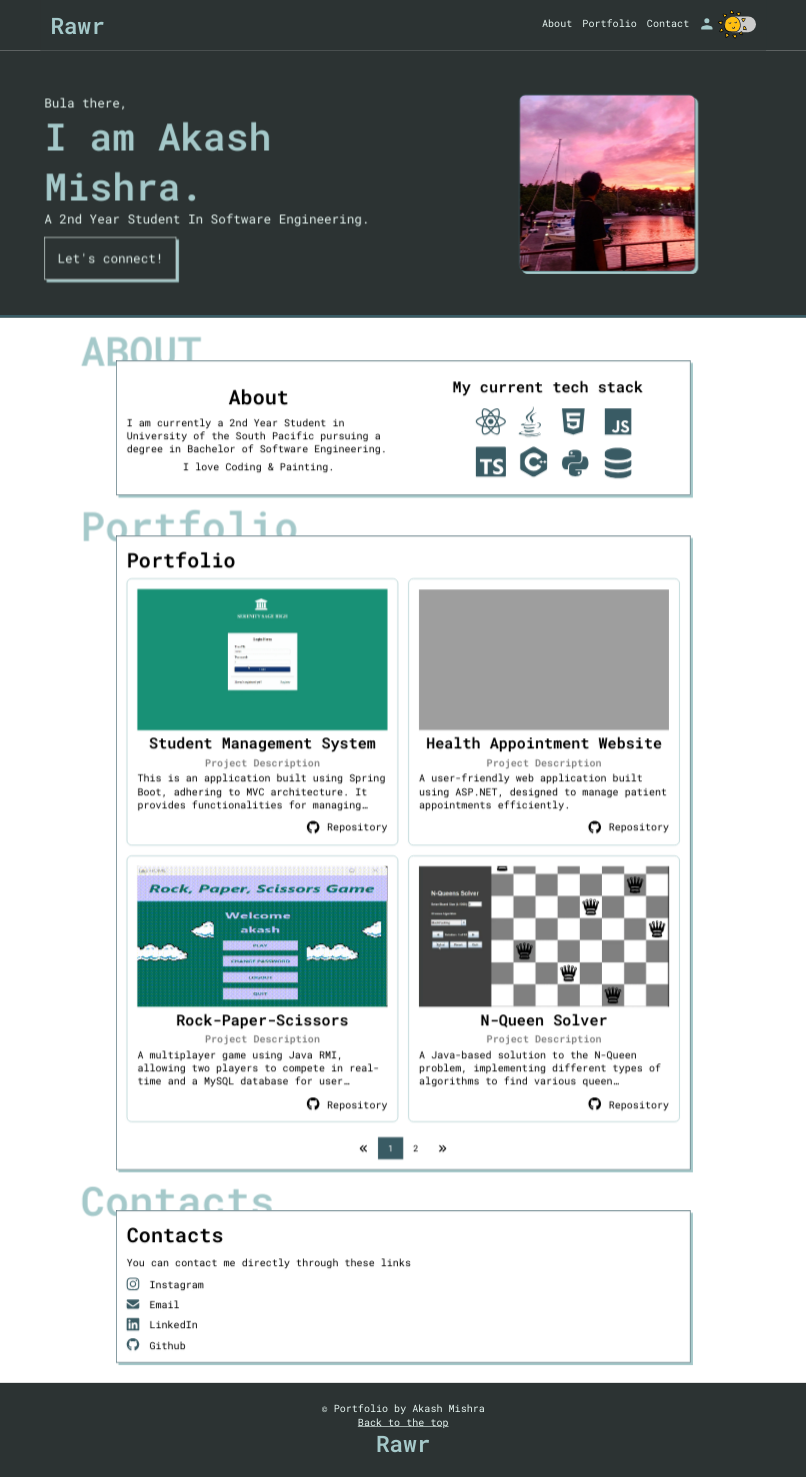
Repository: akashrawr/portfolio
Page: /
The author's editor kept a copy of each file at every save. The page is drawn from the files as they stood at one save, then again after the next save.
The browser window is 1280 px wide. The pictures show the whole page, at 63% of full size.
Pictures or frames that could not be fetched are drawn as grey boxes. The project was rebuilt for these pictures with package versions that can differ from the ones it lists, and the page was loaded fresh each time.

Above is the page before, as saved 2025-01-01 20:58:11.

After the next save:
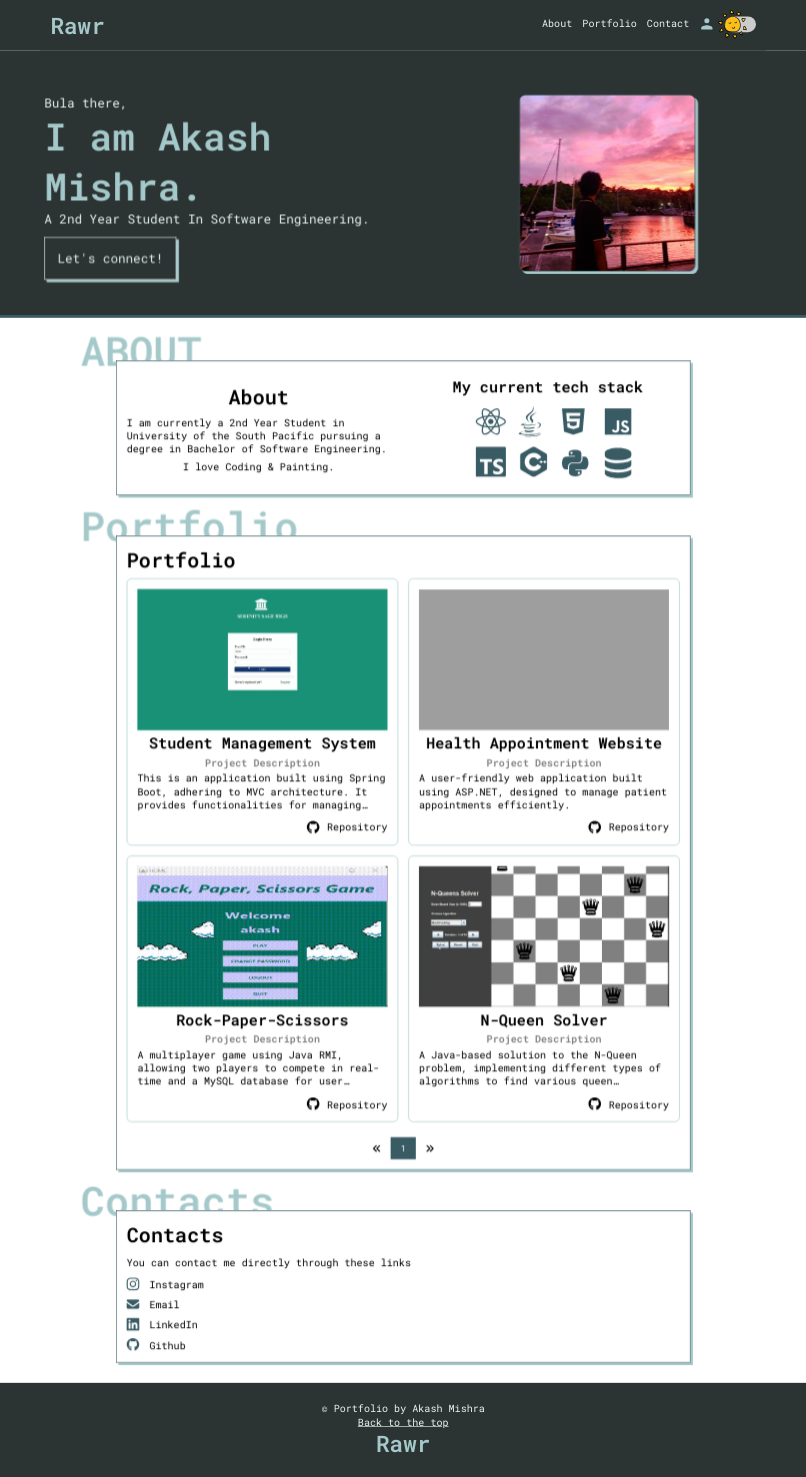
Saved 19 s later.
--- a/src/data/projects.js
+++ b/src/data/projects.js
@@ -20,21 +20,12 @@ export const projects = [
       description: 'A multiplayer game using Java RMI, allowing two players to compete in real-time and a MySQL database for user tracking.',
       repoLink: 'https://github.com/akashrawr/RockPaperScissors-RMI.git',
     },
-
     {
       imgSrc: './assets/images/nqueen.gif',
       altText: 'project-Nqueen',
       title: 'N-Queen Solver',
       description: 'A Java-based solution to the N-Queen problem, implementing different types of algorithms to find various queen placements on a chessboard.',
       repoLink: 'https://github.com/akashrawr/N-Queen-Solver.git',
-    },
-    {
-      imgSrc: './assets/images/coming-soon.gif',
-      altText: 'project-Soon',
-      title: 'Project Name',
-      description: 'Lorem ipsum dolor sit amet, consectetur adipiscing elit. Quisque egestas ornare lorem ullamcorper gravida. In venenatis in diam ut tempor.',
-      repoLink: '#',
-      liveDemoLink: '#',
     },
   ];
 
